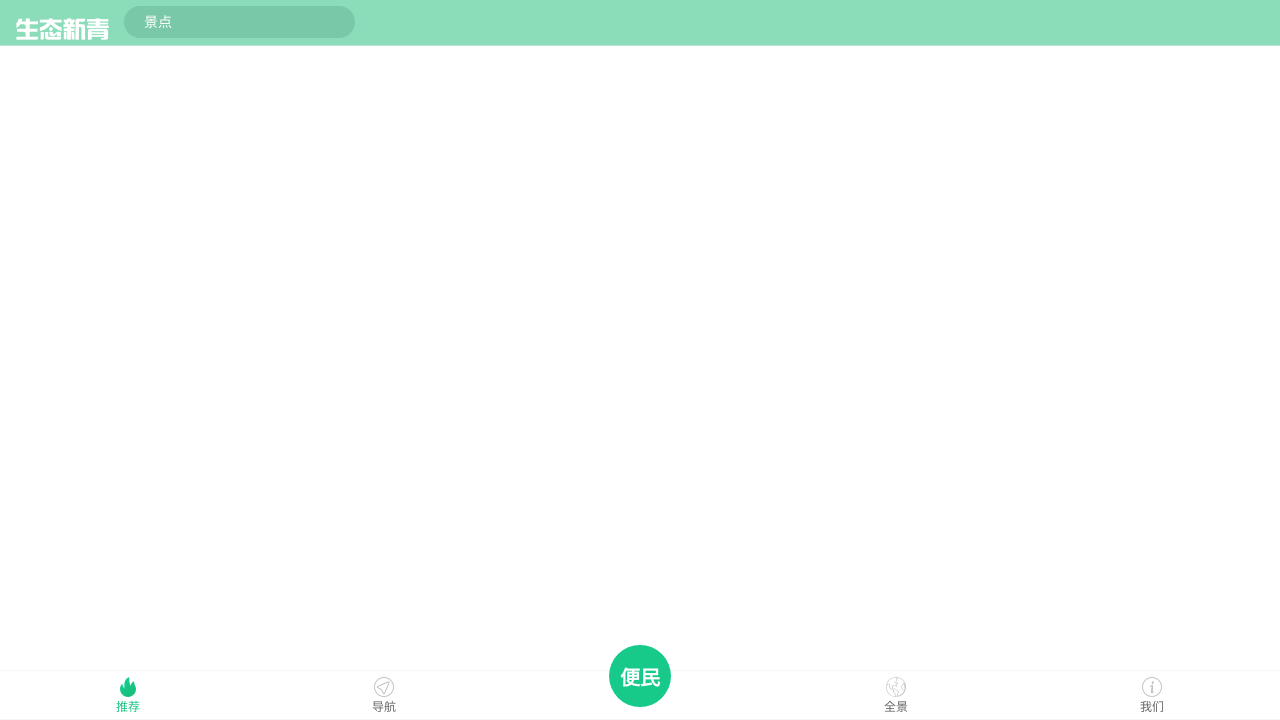
Repository: huye123/stcq
Page: /
An editor plug-in stored every save of this project. The page is shown before and after the next save, followed by the edit.
The browser window is 1280 px wide. The pictures show the whole page.
The project was rebuilt for these pictures with package versions that can differ from the ones it lists, and the page was loaded fresh each time. Also part of the build but not shown: src/components/search.vue.

Above is the page before, as saved 2019-06-28 16:56:23.

### index.html
<!DOCTYPE html>
<html>
  <head>
    <meta charset="utf-8">
    <meta name="viewport" content="width=device-width,initial-scale=1.0">
    <title>stcqapp</title>
  </head>
  <body>
    <div id="app"></div>
    <!-- built files will be auto injected -->
  </body>
</html>

### src/main.js
// The Vue build version to load with the `import` command
// (runtime-only or standalone) has been set in webpack.base.conf with an alias.
import Vue from 'vue'
import App from './App'
import router from './router'
import Vant from 'vant';
import 'vant/lib/index.css';
Vue.use(Vant)

Vue.config.productionTip = false

// require('src\style\index.less')
/* eslint-disable no-new */
new Vue({
  el: '#app',
  router,
  components: { App },
  template: '<App/>'
})

### src/App.vue
<template>
  <div id="app">
     <router-view/>
  <van-tabbar v-model="active"  active-color="#19c381">
  <van-tabbar-item >
    <span>推荐</span>
    <img
      slot="icon"
      slot-scope="props"
      :src="props.active ? icon.active : icon.normal"
    >
  </van-tabbar-item>
  <van-tabbar-item >
    <span>导航</span>
    <img
      slot="icon"
      slot-scope="search"
      :src="search.active ? icon.active1 : icon.navigation"
    >
  </van-tabbar-item>
  <van-tabbar-item  class="bianmin">
    <span class="peopel">便民</span>
  </van-tabbar-item>
   <van-tabbar-item >
  </van-tabbar-item>
  <van-tabbar-item >
    <span>全景</span>
    <img
      slot="icon"
      slot-scope="panorama"
      :src="panorama.active ? icon.active3 : icon.panorama"
    >
  </van-tabbar-item>
  <van-tabbar-item >
    <span>我们</span>
    <img
      slot="icon"
      slot-scope="user"
      :src="user.active ? icon.active4 : icon.user"
    >
  </van-tabbar-item>
  <!-- <van-tabbar-item icon="search">标签</van-tabbar-item>
  <van-tabbar-item icon="setting-o">标签</van-tabbar-item>
  <van-tabbar-item icon="search">标签</van-tabbar-item> -->
</van-tabbar>
  </div>
</template>

<script>
export default {
  name: 'App',
  data() {
    return {
      active: 0,
      icon: {
        normal: 'static/image/tuijian-n.png',
        active: 'static/image/tuijian-s.png',
        navigation: 'static/image/daolan-n.png',
        active1: 'static/image/daolan-s.png',
        panorama: 'static/image/quanjing-n.png',
        active3: 'static/image/bianmin-s.png',
        user: 'static/image/women-n.png',
        active4: 'static/image/women-s.png'
      },
      //  iconNav: {
      //   normal: 'static/image/daolan-n.png',
      //   active: 'static/image/daolan-s.png'
      // }
    }
  },
}
</script>

<style>
#app {
  font-family: 'Avenir', Helvetica, Arial, sans-serif;
  -webkit-font-smoothing: antialiased;
  -moz-osx-font-smoothing: grayscale;
  text-align: center;
  color: #2c3e50;
  margin-top: 60px;
}
.bianmin{
      background: #18ca8a;
    border-radius: 50%;
    /* width: 100%; */
    height: 62px;
    width: 62px;
    position: absolute;
    top: calc(-50% - 0px);
    left: calc(50% - 31px);
    z-index: 2;

}.peopel{
  font-size: 20px;
  font-weight: bold;
  color: #fff;
}
</style>

### src/router/index.js
import Vue from 'vue'
import Router from 'vue-router'
import HelloWorld from '@/components/HelloWorld'
import Search from '@/components/search'

Vue.use(Router)

export default new Router({
  routes: [
    {
      path: '/',
      name: 'HelloWorld',
      component: HelloWorld
    },
    {
      path: '@/components/search',
      name: 'search',
      meta: {
       title: '搜索',
      },
     }

  ]
})

### src/components/HelloWorld.vue
<template>
  <div class="hello">
    <van-nav-bar fixed class="index">
      <div slot="left">
        <!-- <span class="title">生态新青</span> -->
        <van-col span="6" class="logo">
          <img src="../../static/image/logo.png" alt="">
        </van-col>
        <router-link :to="{ name: '搜索'}">
          <van-col span="15" class="indexBtn" :offset="1">
            <button>景点</button>
          </van-col>
        </router-link>
      </div>
  <!-- <van-icon name="search" slot="right" /> -->
</van-nav-bar>
  </div>
</template>

<script>
export default {
  name: 'HelloWorld',
  data () {
    return {

    }
  }
}
</script>

<!-- Add "scoped" attribute to limit CSS to this component only -->

<style scoped>
 .index{
   background-color: rgba(25, 186, 117, 0.5);
   /* opacity: 0.5; */

 }
  .logo img{
     width: 100%;
      display: block;
      margin-top: 12px;

   }
   .indexBtn button{
     background-color:  rgba(105, 184, 153, 0.5);
     border: 0px;
     width: 100%;
     border-radius: 25px;
     line-height: 30px;
     color: #fff;
     text-align: left;
     padding-left: 20px;
   }

</style>

After the next save:
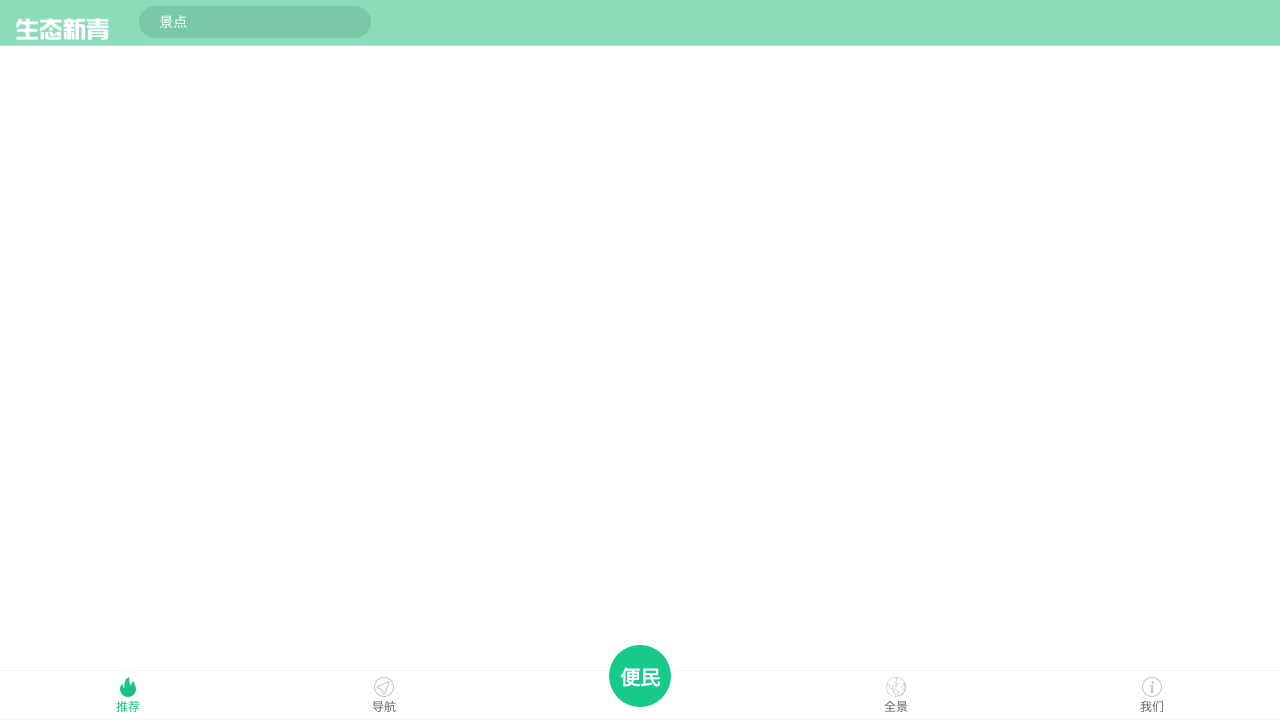
Saved 42 s later.
--- a/src/components/HelloWorld.vue
+++ b/src/components/HelloWorld.vue
@@ -7,7 +7,7 @@
           <img src="../../static/image/logo.png" alt="">
         </van-col>
         <router-link :to="{ name: '搜索'}">
-          <van-col span="15" class="indexBtn" :offset="1">
+          <van-col span="15" class="indexBtn" :offset="2">
             <button>景点</button>
           </van-col>
         </router-link>
